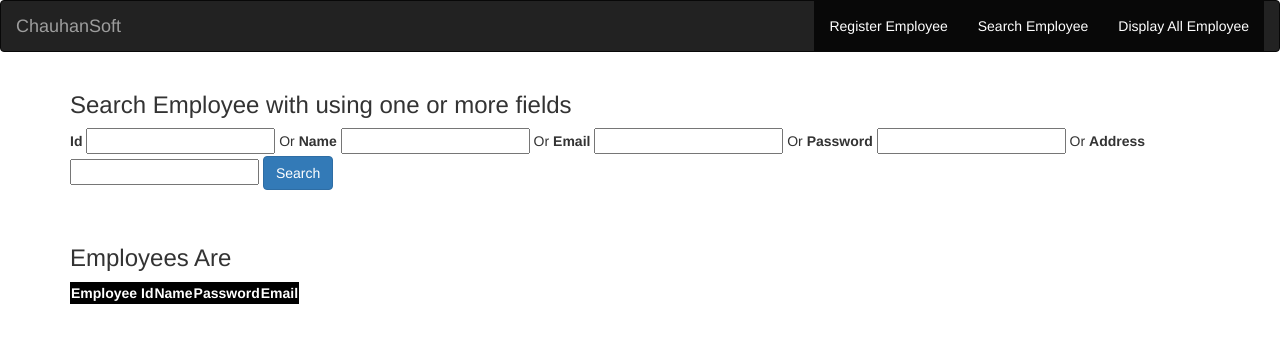
Repository: ErAdarshChauhan/Spring-Framework-5.0.0-Concepts
Page: http://localhost/sf-mvc-with-hibernate-crud-and-login-logout/WEB-INF/jsp/search.jsp
An editor plug-in stored every save of this project. The page is shown before and after the next save, followed by the edit.
The browser window is 1280 px wide. The pictures show the whole page.
The page is served by Tomcat 9. Nobody is signed in. The template is opened directly, without the code that normally fills it, so the values that code supplies are empty.

Above is the page before, as saved 2020-06-22 13:17:53.

After the next save:
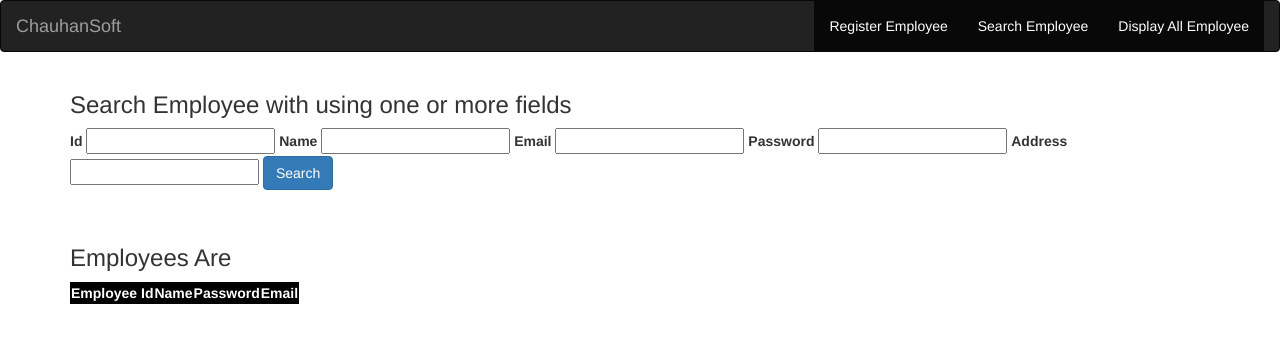
Saved 2 min 46 s later.
--- a/Spring-MVC-Projects/sf-mvc-with-hibernate-crud-and-login-logout/src/main/webapp/WEB-INF/jsp/search.jsp
+++ b/Spring-MVC-Projects/sf-mvc-with-hibernate-crud-and-login-logout/src/main/webapp/WEB-INF/jsp/search.jsp
@@ -55,16 +55,16 @@
   		<div class="form-group">
 
   		   		<form:label path="employeeId">Id</form:label>
-  		   		<form:input path="employeeId"/> Or
+  		   		<form:input path="employeeId"/>
 
   		   		<form:label path="employeeName">Name</form:label>
-  		   		<form:input path="employeeName"/> Or
+  		   		<form:input path="employeeName"/>
 
   		   		<form:label path="email">Email</form:label>
-  		   		<form:input path="email"/> Or
+  		   		<form:input path="email"/>
 
   		   		<form:label path="password">Password</form:label>
-  		   		<form:input path="password"/> Or
+  		   		<form:input path="password"/>
 
   		   		<form:label path="address">Address</form:label>
   		   		<form:input path="address"/>
